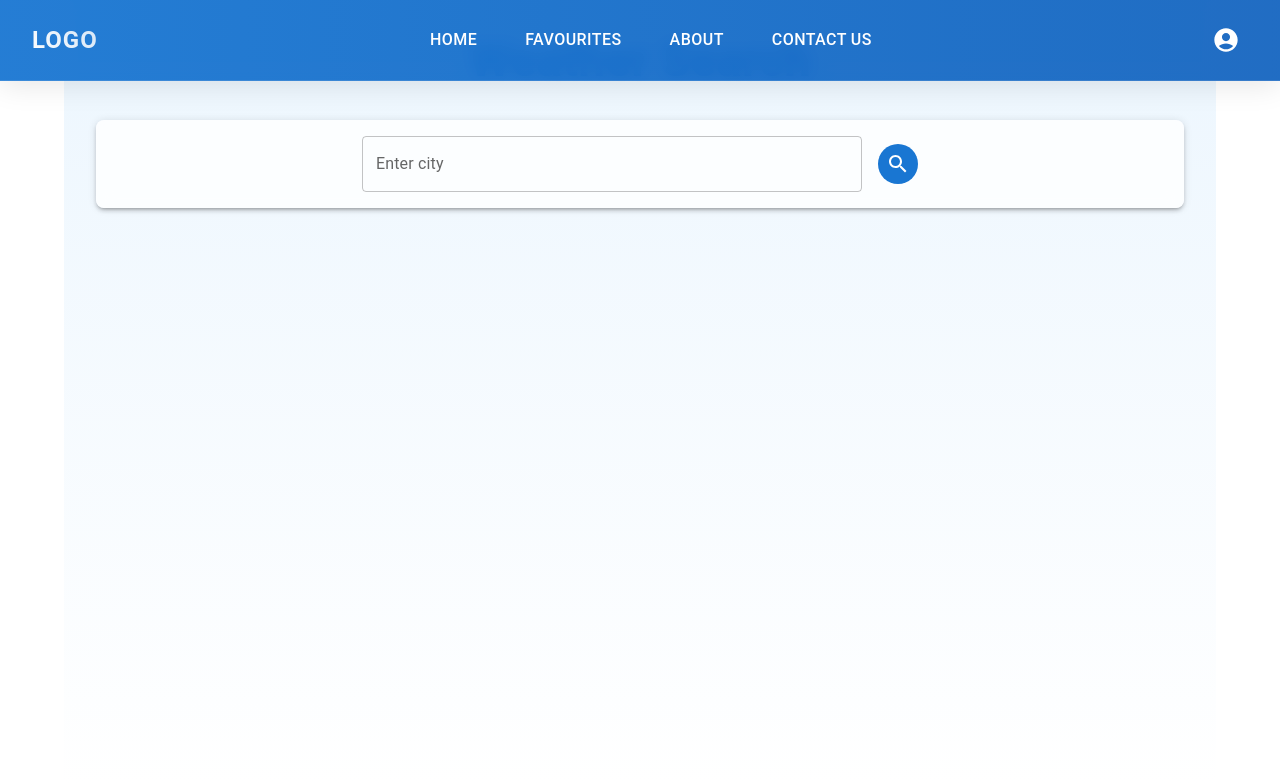
Repository: sphllzulu/TemperatureTrail
Page: / (app in frontend/)
These files come from the project's save history. The page is drawn as it stood at one moment and after the next save; the edit follows.
The browser window is 1280 px wide. The pictures show the whole page.
The project was rebuilt for these pictures with package versions that can differ from the ones it lists, and the page was loaded fresh each time. Also part of the build but not shown: frontend/vite.config.js, frontend/src/components/SuggestedActivities.jsx, frontend/src/components/Map.jsx, frontend/src/pages/Profile.jsx, frontend/src/components/Login.jsx, frontend/src/components/Register.jsx.

Above is the page before, as saved 2025-01-15 16:18:03.

### frontend/src/index.css
@import url('https://fonts.googleapis.com/css2?family=Outfit:wght@100..900&display=swap');
*{
  margin: 0;
  padding: 0;
  font-family: Outfit;
}

### frontend/src/App.jsx
import { BrowserRouter as Router, Routes, Route } from 'react-router-dom';
import Navbar from './components/Navbar'
import Home from './pages/Home'
import ProfilePage from './pages/Profile';
import Login from './components/Login';
import Register from './components/Register';

const App = () => {
  return (
    <Router>
      <Navbar />
      <Routes>
        <Route path="/" element={<Home />} />
        <Route path="/profile" element={<ProfilePage />} />
        <Route path="/login" element={<Login />} />
        <Route path="/register" element={<Register />} />
      </Routes>
    </Router>
  );
};

export default App;

### frontend/src/components/Navbar.jsx
import React, { useState } from 'react';
import { Link as RouterLink } from 'react-router-dom';
import {
  AppBar,
  Toolbar,
  Typography,
  Button,
  Box,
  Stack,
  IconButton,
  useTheme,
  Menu,
  MenuItem,
  alpha,
  useScrollTrigger,
  Slide,
} from '@mui/material';
import AccountCircleIcon from '@mui/icons-material/AccountCircle';

function HideOnScroll(props) {
  const { children } = props;
  const trigger = useScrollTrigger();

  return (
    <Slide appear={false} direction="down" in={!trigger}>
      {children}
    </Slide>
  );
}

function Navbar() {
  const theme = useTheme();
  const [anchorEl, setAnchorEl] = useState(null);
  const open = Boolean(anchorEl);

  const handleProfileClick = (event) => {
    setAnchorEl(event.currentTarget);
  };

  const handleClose = () => {
    setAnchorEl(null);
  };

  const navItems = [
    { text: 'Home', path: '/' },
    { text: 'Favourites', path: '/favourites' },
    { text: 'About', path: '/about' },
    { text: 'Contact Us', path: '/contact' }
  ];

  const profileMenuItems = [
    { text: 'Login/Sign up', path: '/login' },
    { text: 'History', path: '/history' }
  ];

  return (
    <HideOnScroll>
      <AppBar
        position="fixed"
        sx={{
          background: `linear-gradient(to right, ${alpha(theme.palette.primary.main, 0.95)}, ${alpha(
            theme.palette.primary.dark,
            0.95
          )})`,
          backdropFilter: 'blur(8px)',
          boxShadow: `0 4px 30px ${alpha(theme.palette.common.black, 0.1)}`,
          borderBottom: `1px solid ${alpha(theme.palette.common.white, 0.1)}`,
        }}
      >
        <Toolbar
          sx={{
            justifyContent: 'space-between',
            py: 1,
            px: { xs: 2, sm: 4 },
          }}
        >
          {/* Logo */}
          <Typography
            variant="h5"
            component={RouterLink}
            to="/"
            sx={{
              fontWeight: 700,
              letterSpacing: 1,
              background: `linear-gradient(45deg, ${theme.palette.common.white}, ${alpha(
                theme.palette.common.white,
                0.8
              )})`,
              backgroundClip: 'text',
              WebkitBackgroundClip: 'text',
              color: 'transparent',
              textDecoration: 'none',
              transition: 'transform 0.2s ease-in-out',
              '&:hover': {
                transform: 'scale(1.05)',
              },
            }}
          >
            LOGO
          </Typography>

          {/* Navigation Links */}
          <Stack
            direction="row"
            spacing={{ xs: 1, sm: 2 }}
            sx={{
              flexGrow: 1,
              justifyContent: 'center',
              mx: { xs: 2, sm: 4 },
            }}
          >
            {navItems.map((item) => (
              <Button
                key={item.path}
                component={RouterLink}
                to={item.path}
                sx={{
                  color: 'white',
                  px: { xs: 1.5, sm: 2 },
                  py: 1,
                  fontSize: { xs: '0.875rem', sm: '1rem' },
                  transition: 'all 0.2s ease-in-out',
                  position: 'relative',
                  '&::after': {
                    content: '""',
                    position: 'absolute',
                    bottom: 0,
                    left: '50%',
                    width: 0,
                    height: 2,
                    backgroundColor: 'white',
                    transition: 'all 0.3s ease-in-out',
                    transform: 'translateX(-50%)',
                  },
                  '&:hover': {
                    backgroundColor: 'transparent',
                    transform: 'translateY(-2px)',
                    '&::after': {
                      width: '80%',
                    },
                  },
                  '&.active': {
                    '&::after': {
                      width: '80%',
                    },
                  },
                }}
              >
                {item.text}
              </Button>
            ))}
          </Stack>

          {/* Profile */}
          <Box>
            <IconButton
              onClick={handleProfileClick}
              sx={{
                color: 'white',
                transition: 'all 0.2s ease-in-out',
                '&:hover': {
                  transform: 'scale(1.1)',
                  backgroundColor: alpha(theme.palette.common.white, 0.1),
                },
              }}
            >
              <AccountCircleIcon sx={{ fontSize: 28 }} />
            </IconButton>
            <Menu
              id="profile-menu"
              anchorEl={anchorEl}
              open={open}
              onClose={handleClose}
              MenuListProps={{
                'aria-labelledby': 'profile-button',
              }}
              anchorOrigin={{
                vertical: 'bottom',
                horizontal: 'right',
              }}
              transformOrigin={{
                vertical: 'top',
                horizontal: 'right',
              }}
              sx={{
                '& .MuiPaper-root': {
                  mt: 1,
                  minWidth: 180,
                  backgroundImage: `linear-gradient(to bottom right, ${alpha(
                    theme.palette.primary.main,
                    0.95
                  )}, ${alpha(theme.palette.primary.dark, 0.95)})`,
                  backdropFilter: 'blur(8px)',
                  border: `1px solid ${alpha(theme.palette.common.white, 0.1)}`,
                },
              }}
            >
              {profileMenuItems.map((item) => (
                <MenuItem
                  key={item.path}
                  component={RouterLink}
                  to={item.path}
                  onClick={handleClose}
                  sx={{
                    color: 'white',
                    transition: 'all 0.2s ease-in-out',
                    '&:hover': {
                      backgroundColor: alpha(theme.palette.common.white, 0.1),
                      transform: 'translateX(4px)',
                    },
                  }}
                >
                  {item.text}
                </MenuItem>
              ))}
            </Menu>
          </Box>
        </Toolbar>
      </AppBar>
    </HideOnScroll>
  );
}

export default Navbar;

### frontend/src/pages/Home.jsx
// import { Box, Typography, Container } from '@mui/material';
// import Weather from '../components/Weather';

// const Home = () => {
//   return (
//     <Container>
//       <Box sx={{ textAlign: 'center', marginTop: 4 }}>
//         <Typography variant="h2" gutterBottom>
//           Weather-Based Travel Planner
//         </Typography>
//         <Typography variant="h5" gutterBottom>
//           Plan your trips based on real-time weather conditions
//         </Typography>
//       </Box>
//       <Weather />
//     </Container>
//   );
// };

// export default Home;


import { useState } from 'react';
// import './Home.css';
import Weather from '../components/Weather';

const Home = () => {
  const [weatherData, setWeatherData] = useState(null);

  const handleSearch = async (city) => {
    try {
      const response = await fetch(`/api/weather?city=${encodeURIComponent(city)}`);
      const data = await response.json();
      setWeatherData(data);
    } catch (error) {
      console.error('Error fetching weather:', error);
    }
  };

  return (
    <div className="app-container">
      <div className="hero-section">


        <h3 className="hero-heading">

        </h3>

        <div className="weather-container">
          <Weather weatherData={weatherData} />
        </div>
      </div>
    </div>
  );
};

export default Home;

Loaded but not shown: frontend/index.html (common file); frontend/src/main.jsx (common file); frontend/src/components/Weather.jsx (624 lines, source omitted)

After the next save:
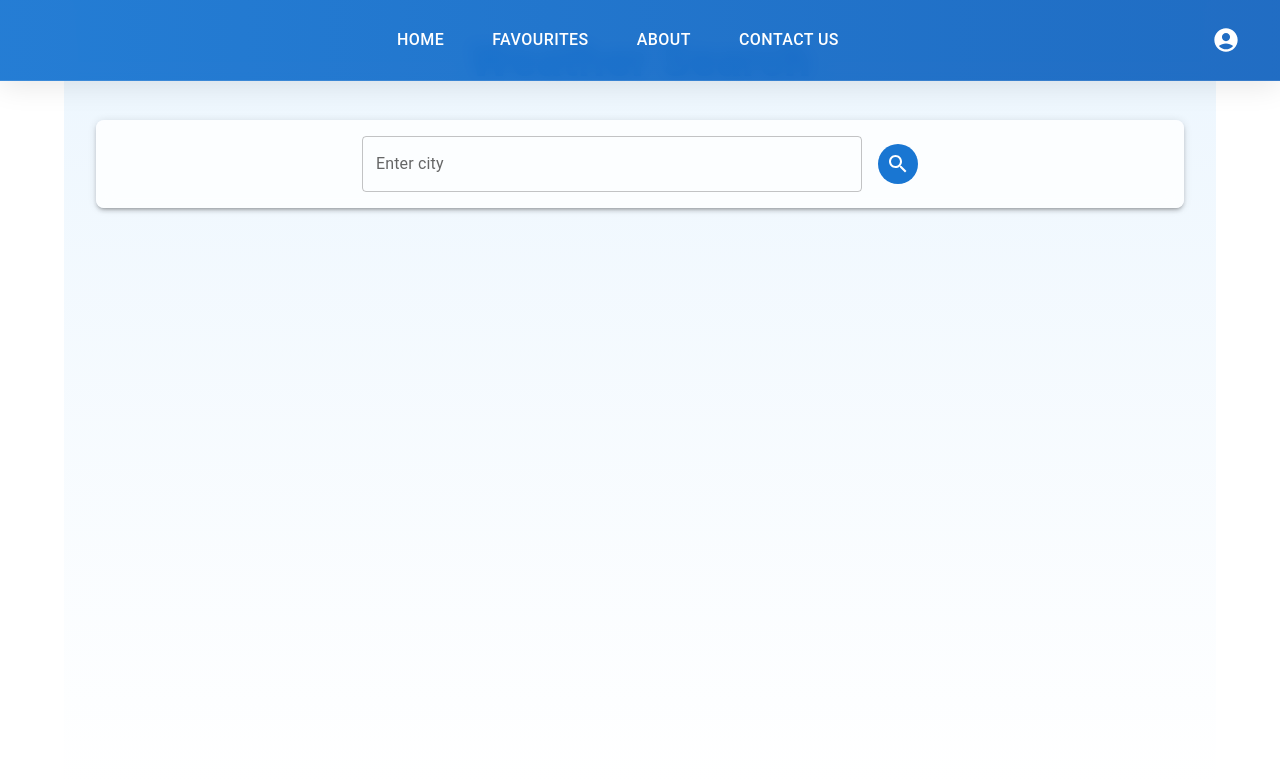
Saved 49 s later.
--- a/frontend/src/components/Navbar.jsx
+++ b/frontend/src/components/Navbar.jsx
@@ -96,7 +96,7 @@ function Navbar() {
               },
             }}
           >
-            LOGO
+
           </Typography>
 
           {/* Navigation Links */}
